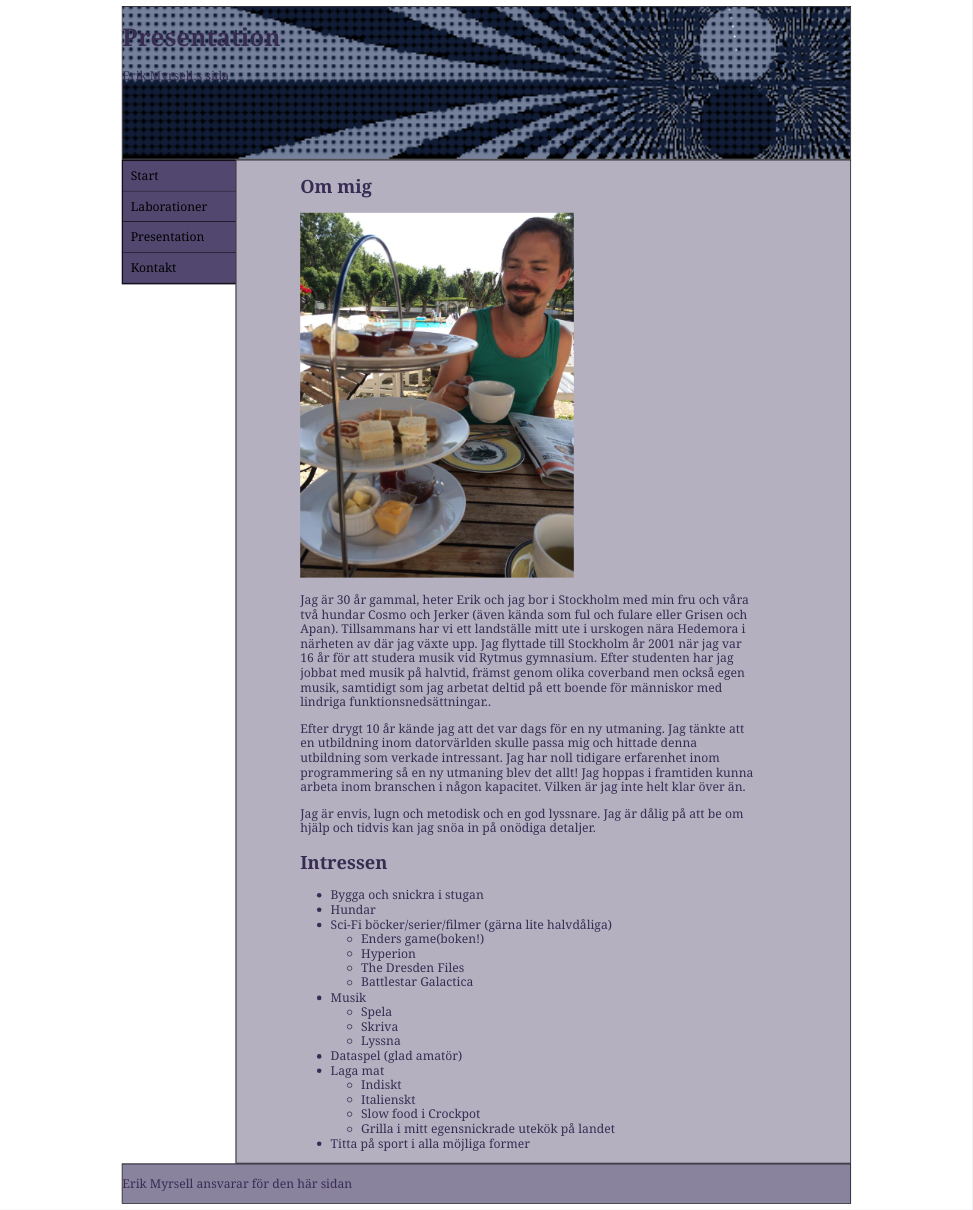
Repository: em222mt/1IK415_em222mt
Page: pages/presentation.html
The author's editor kept a record of every edit. The page is drawn from the files as they stood at one moment, then again after the next edit.
The browser window is 1280 px wide. The pictures show the whole page, at 76% of full size.

Above is the page before.

### pages/presentation.html
<!doctype html>
<html lang="sv">

<head>
    <meta charset="utf-8">
    <title>Min första sida</title>

     <link rel="stylesheet" href="../css/basic.css">
</head>

    <!-- Startpunkt -->

    <body>
        <div id="container">

            <div id="header">

                <h1>Presentation</h1>

                <p>Erik Myrsell:s sida</p>

            </div>

            <div id="navigation">

                <ul>
                    <li><a href="../index.html" class="active">Start</a></li>
                    <li><a href="laborationer.html" class="active">Laborationer</a></li>
                    <li><a href="presentation.html" class="active">Presentation</a></li>
                    <li><a href="kontakt.html" class="active">Kontakt</a></li>
                </ul>

            </div>

            <div id="content">



            <h2>Om mig</h2>

            <img id="bild" src="../pics/tea.jpg" alt="Sommar med Afternoon tea på Häringe slott" width="360" height="480">

                <p>Jag är 30 år gammal, heter Erik och jag bor i Stockholm med min fru och våra två hundar Cosmo och Jerker (även kända som ful och fulare eller Grisen och Apan). Tillsammans har vi ett landställe mitt ute i urskogen nära Hedemora i närheten av där jag växte upp. Jag flyttade till Stockholm år 2001 när jag var 16 år för att studera musik vid Rytmus gymnasium. Efter studenten har jag jobbat med musik på halvtid, främst genom olika coverband men också egen musik, samtidigt som jag arbetat deltid på ett boende för människor med lindriga funktionsnedsättningar..
                </p>
                <p>Efter drygt 10 år kände jag att det var dags för en ny utmaning. Jag tänkte att en utbildning inom datorvärlden skulle passa mig och hittade denna utbildning som verkade intressant. Jag har noll tidigare erfarenhet inom programmering så en ny utmaning blev det allt! Jag hoppas i framtiden kunna arbeta inom branschen i någon kapacitet. Vilken är jag inte helt klar över än.
                </p>
                <p>Jag är envis, lugn och metodisk och en god lyssnare. Jag är dålig på att be om hjälp och tidvis kan jag snöa in på onödiga detaljer.
                </p>

            <h2>Intressen</h2>

                <ul>
                    <li>Bygga och snickra i stugan</li>
                    <li>Hundar</li>
                    <li>Sci-Fi böcker/serier/filmer (gärna lite halvdåliga)
                        <ul>
                            <li>Enders game(boken!)</li>
                            <li>Hyperion</li>
                            <li>The Dresden Files</li>
                            <li>Battlestar Galactica</li>
                        </ul>
                    </li>
                    <li>Musik
                        <ul>
                            <li>Spela</li>
                            <li>Skriva</li>
                            <li>Lyssna</li>
                        </ul>
                    </li>
                    <li>Dataspel (glad amatör)</li>
                    <li>Laga mat
                        <ul>
                            <li>Indiskt</li>
                            <li>Italienskt</li>
                            <li>Slow food i Crockpot</li>
                            <li>Grilla i mitt egensnickrade utekök på landet</li>
                        </ul>
                    </li>
                    <li>Titta på sport i alla möjliga former</li>
                </ul>

            </div>

            <div id="footer">

                <p>Erik Myrsell ansvarar för den här sidan</p>

            </div>
        </div>
    </body>
</html>

### css/basic.css
/*Här börjar stilmallen*/

a:link 	    { color: #372D53; }
a:visited 	{ color: gray; }
a:focus 	{ color: #51476F; }
a:hover	    { color: #8A839E; }
a:active 	{ color: black; }

/*
Background main: #B4B0C0
Background aside: #51476F
Background header/footer: #8A839E
text-color: #372D53
*/

#container {
    max-width: 960px;
    overflow: auto;
    margin: 0 auto;
}
#header {
    border-style: solid;
    border-width: 1px;
    width: 958px;
    background-color: #8A839E;
    background-image: url(../pics/Logo3.png);
    background-size: cover;
    height: 200px;
}

#navigation {
    border-style: solid;
    border-width: 1px;
    float: left;
    width: 148px;
    background-color: #51476F;
}

#navigation ul {
    border: 1px solid black;
    border-bottom: none;
    width: 148px;
    margin: 0; padding: 0;
}

#navigation li {
    list-style-type: none;
    border-bottom: 1px solid black;
    text-decoration: none;
}

#navigation li a {
    display: block;
    padding: 10px;
    background-color: #51476F;
    color: black;
    text-decoration: none;
}

#navigation li a:hover {
    background-color: #B4B0C0;
    color: #51476F;
    text-decoration: none;
}


#content {
    border-style: solid;
    border-width: 1px;
    float: left;
    max-width: 808px;
    background-color: #B4B0C0;
    padding-right: 84px;
    padding-left: 84px;
}

#footer {
    border-style: solid;
    border-width: 1px;
    clear: both;
    max-width: 958px;
    background-color: #8A839E;
}

#gubbe {
    max-width: 450px;
}

p, h1, h2, h3, ul, ol, li, form, table {
    color: #372D53;
    font-family: georgia , serif;
    line-height: 120%;
    width: 600px;
}

table {
    width: 90%;
}

#blogg {
    text-align: center;
    padding-right: 20px;
    padding-left: 20px;
}

#contact {
    padding-right: 20px;
    padding-left: 20px;
}

.headertitle {
    color: black;
}

After the next edit:
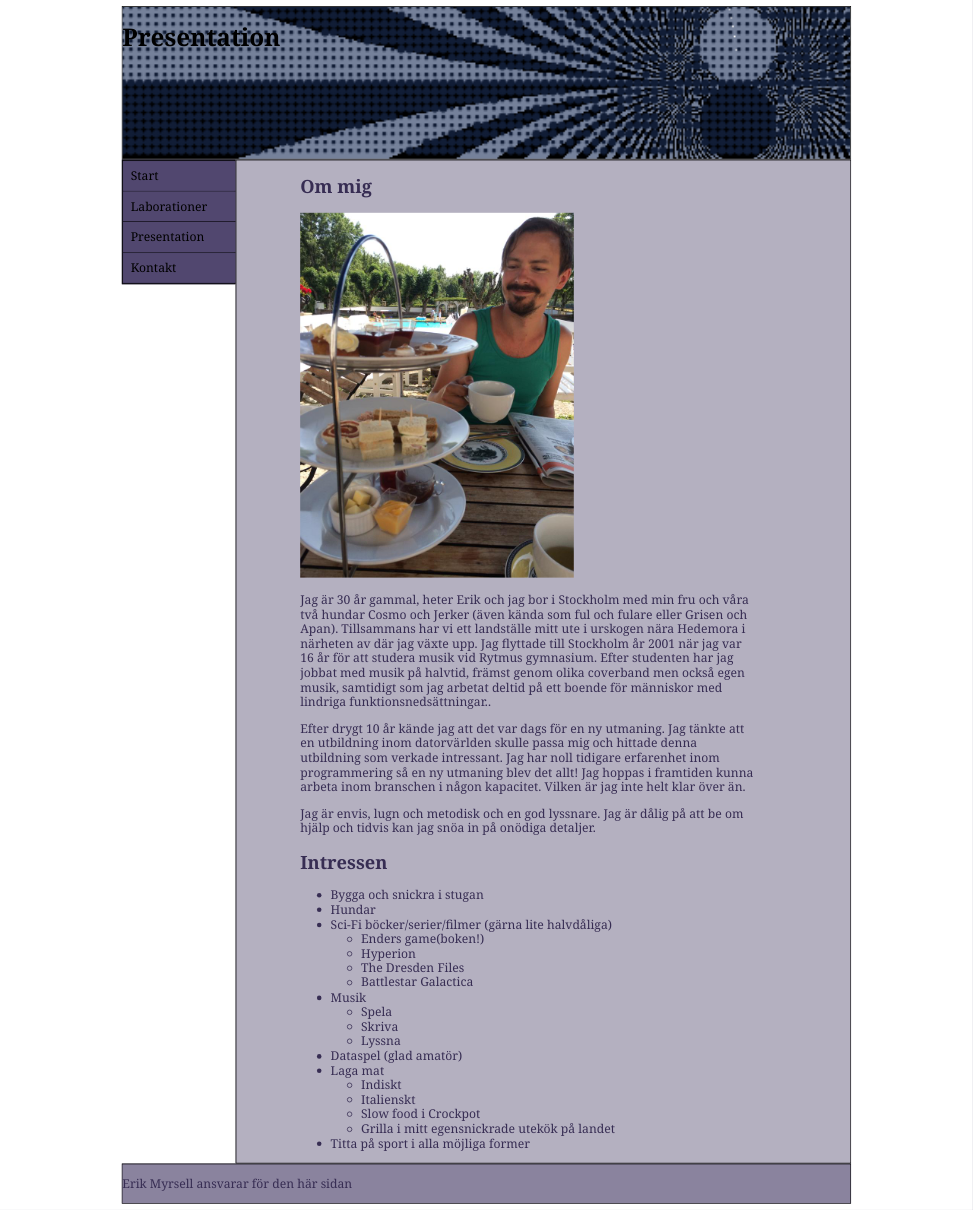
The edit:
--- a/pages/presentation.html
+++ b/pages/presentation.html
@@ -15,9 +15,7 @@
 
             <div id="header">
 
-                <h1>Presentation</h1>
-
-                <p>Erik Myrsell:s sida</p>
+                <h1 class="headertitle">Presentation</h1>
 
             </div>
 
